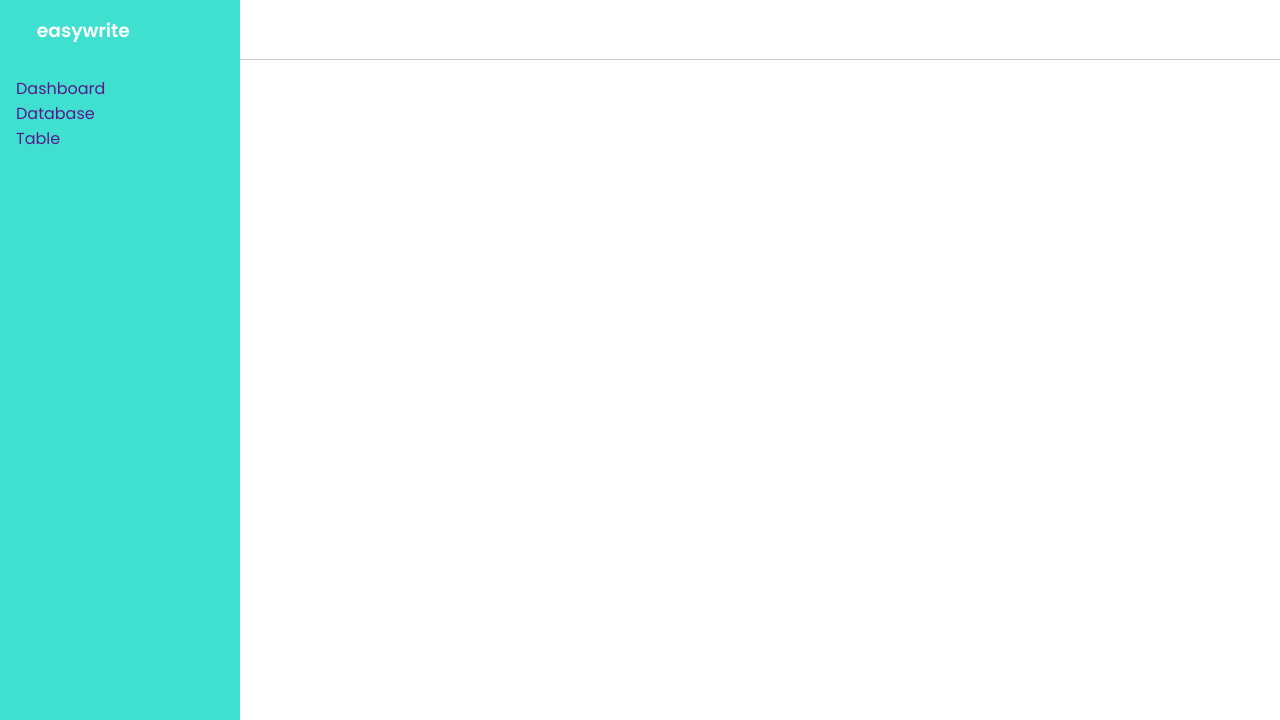
Repository: ngan429/CRUD_14
Page: http://localhost/crudweb/
The author's editor kept a copy of each file at every save. The page is drawn from the files as they stood at one save, then again after the next save.
The browser window is 1280 px wide. The pictures show the whole page.
Some icons come from a web library that is not loaded, so they are not drawn. The page is served by Tomcat 9. Other server files are loaded and not shown.

Above is the page before, as saved 2022-06-03 20:45:50.

### crudweb/crudweb/WebContent/index.jsp
<%@ page language="java" contentType="text/html; charset=ISO-8859-1"
    pageEncoding="ISO-8859-1"%>
<!DOCTYPE html>
<html>
<head>
<meta charset="ISO-8859-1">
<title>Insert title here</title>
<link rel="stylesheet" href="http://cdn.jsdelivr.net/gh/lykmapipo/themify-icons@0.1.2/css/themify-icons.css">
<link rel="stylesheet" href="css/style.css">
<link href="https://fonts.googleapis.com/css2?family=Inter:wght@300;400;600&display=swap" rel="stylesheet">
<link rel="stylesheet"
	href="<%=request.getContextPath()%>/css/style.css">
<style>
*{
	font-family: 'Poppins', sans-serif;
	margin: 0;
	padding: 0;
	text-decoration: none;
	list-style-type: none;
	box-sizing: border-box;
}
.sidebar{
	height: 100%;
	width: 240px;
	position: fixed;
	left: 0;
	top: 0;
	z-index: 100;
	background-color:turquoise;
	color: #fff;

}
.slidebar-header{
	display: flex;
	justify-content: space-around;
	align-items: center;
	height: 60px;
	padding: 0rem 1 rem;
}
.sidebar-menu{
	padding: 1rem;
}
.slidebar li{
	margin-bottom: 1rem;
}
.slidebar a{
	color: #fff;
}
.slidebar a span:last-child {
	padding-right: 0rem 1rem;
}
.main-content{
	position: relative;
	margin-left: 240px;
}
header{
	position: fixed;
	left: 240px;
	top: 0;
	z-index: 100;
	width: calc(100% - 240px);
	background: #fff;
	height: 60px;
	padding: 0rem 1rem;
	display: flex;
	align-items: center;
	justify-content: space-between;
	border-bottom: 1px solid #ccc;
}
</style>
</head>
<body>
	<div class="sidebar">
		<div class="slidebar-header">
			<h3 class="brand">
				<span class="ti-unlink"></span>
				<span>easywrite</span>
			</h3>
			<span class="ti-menu-alt"></span>
		</div>
		<div class="sidebar-menu">
			<ul>
				 <li class="sidebar-item active">
                    <a href="">
                        <span class="ti-settings" ></i>
                        <span class="align-middle">Dashboard</span>
                    </a>
                </li>

                <li>
                    <a href="">
                        <span class="ti-settings"></span>
                        <span class="align-middle">Database</span>
                    </a>
                </li>

                <li class="sidebar-item">
                    <a href="">
                        <span class="ti-settings"></span>
                        <span class="align-middle">Table</span>
                    </a>
                </li>

			</ul>
		</div>
		<div class="main-content">
			<header>
				<div class="social-icons"></div>
					<span class="ti-bell"></span>
					<span class="ti-comment"></span>
			</header>

		</div>
	</div>

</body>
</html>

### crudweb/crudweb/WebContent/css/style.css
@charset "UTF-8";
@import url('https://fonts.googleapis.com/css2?family=Poppins:wght@300;400;500;600&display=swap');
:root {
	--main-color : #027581;
	--color-dark : #1D2231;
	--text-grey : #8390A2;
}
*{
	font-family: 'Poppins', sans-serif;
	margin: 0;
	padding: 0;
	text-decoration: none;
	list-style-type: none;
	box-sizing: border-box;
}
.sidebar{
	height: 100%;
	width: 240px;
	position: fixed;
	left: 0;
	top: 0;
	z-index: 100;
	backgroud: var(--main-color);
	color: #efefef;
}

After the next save:
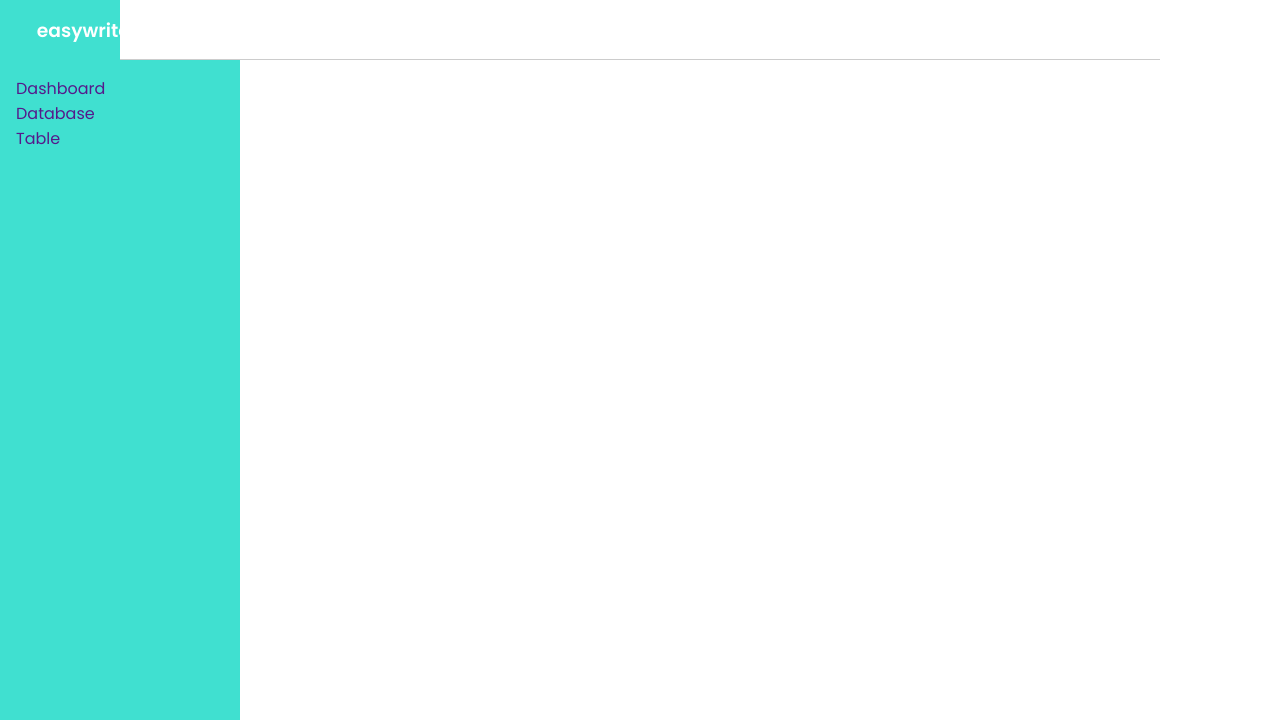
Saved 29 s later.
--- a/crudweb/crudweb/WebContent/index.jsp
+++ b/crudweb/crudweb/WebContent/index.jsp
@@ -55,7 +55,7 @@
 }
 header{
 	position: fixed;
-	left: 240px;
+	left: 120px;
 	top: 0;
 	z-index: 100;
 	width: calc(100% - 240px);

After the save that followed:
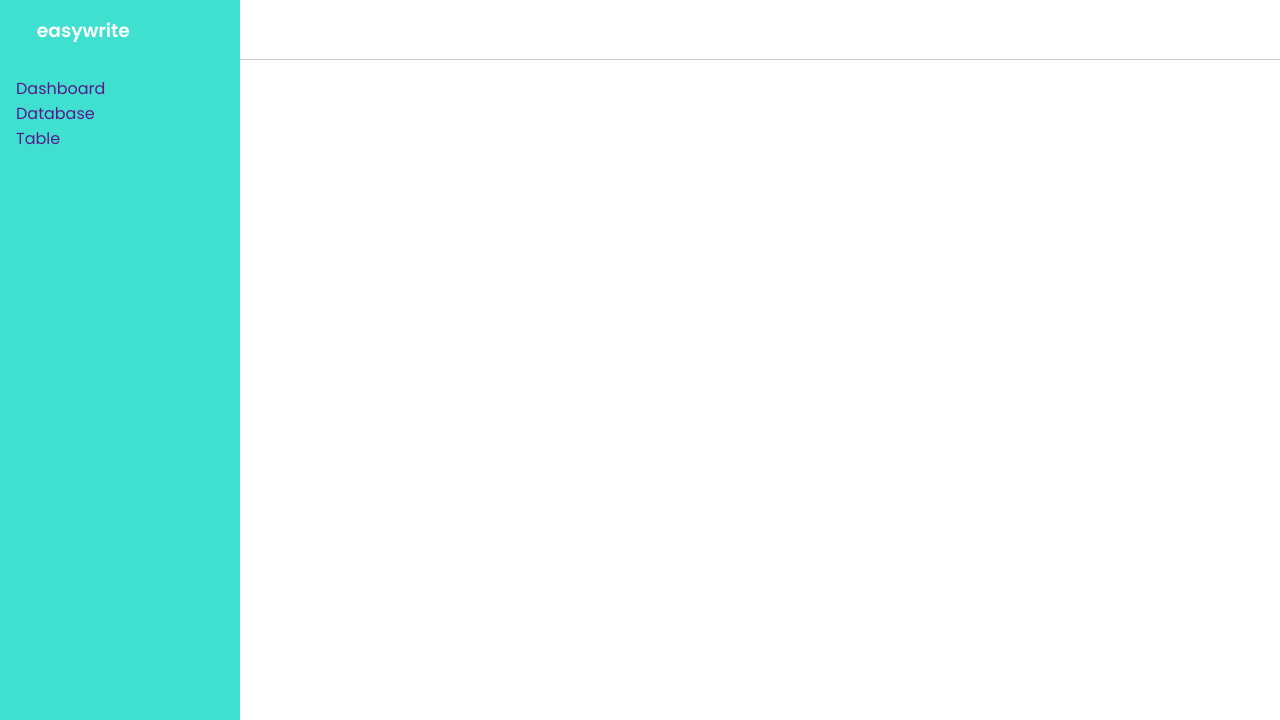
Saved 11 s later.
--- a/crudweb/crudweb/WebContent/index.jsp
+++ b/crudweb/crudweb/WebContent/index.jsp
@@ -55,7 +55,7 @@
 }
 header{
 	position: fixed;
-	left: 120px;
+	left: 240px;
 	top: 0;
 	z-index: 100;
 	width: calc(100% - 240px);
